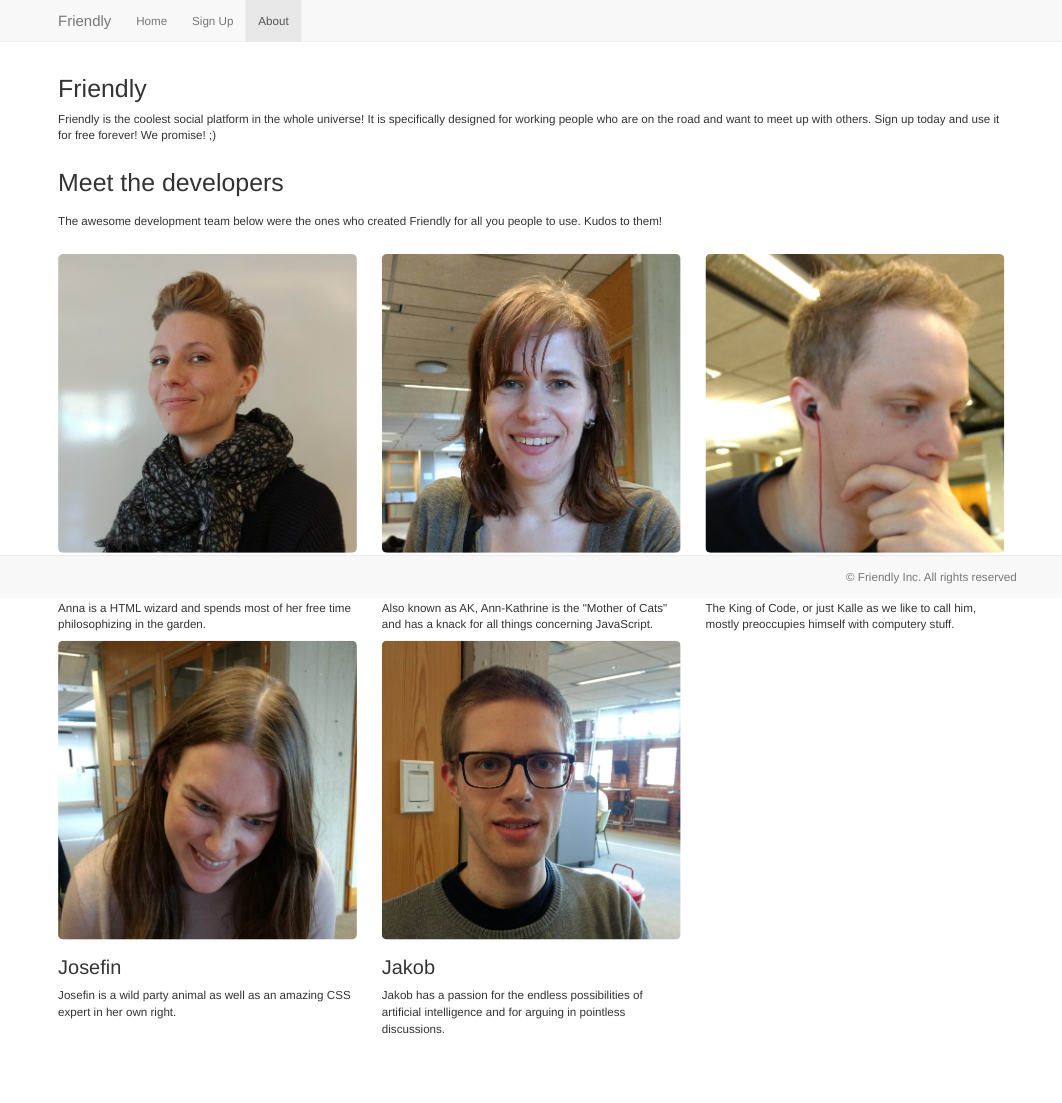
Repository: kristallklart/friendly_java
Page: http://localhost/FriendlyWeb/About.jsp
These files come from the project's save history. The page is drawn as it stood at one moment and after the next save; the edit follows.
The browser window is 1280 px wide. The pictures show the whole page, at 83% of full size.
Some web libraries are served in a nearby version. The page is served by Tomcat 9.

Above is the page before, as saved 2017-05-02 12:37:33.

After the next save:
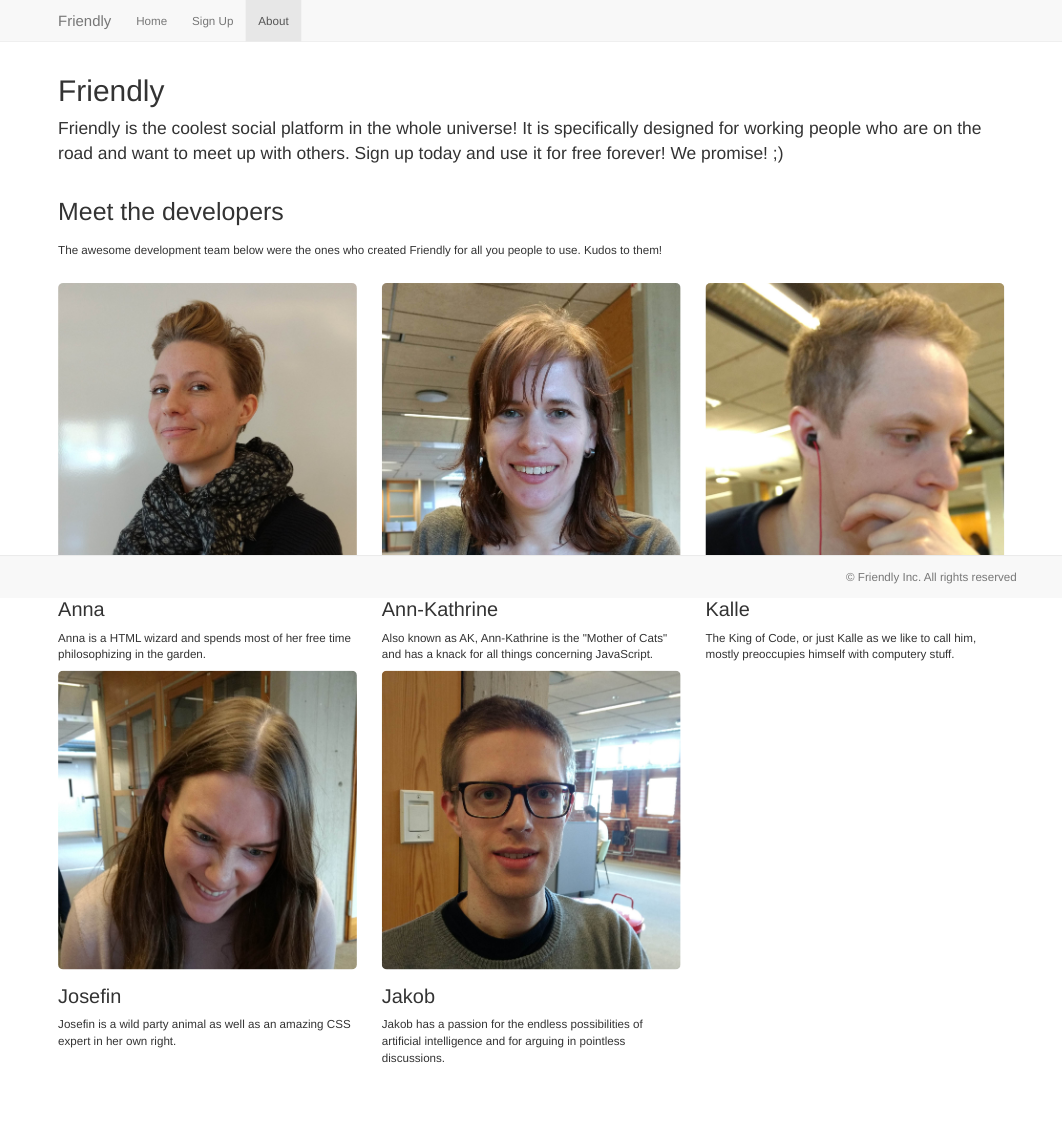
Saved 19 s later.
--- a/FriendlyWeb/WebContent/About.jsp
+++ b/FriendlyWeb/WebContent/About.jsp
@@ -46,13 +46,13 @@
 <div class="container">
 			<div class="row">
 				<div class="col-xs-12">
-					<h2> Friendly </h2>
+					<h1> Friendly </h1>
 				</div>
 
 		</div>
 		<div class="row">
 			<div class="col-xs-12">
-				<p> Friendly is the coolest social platform in the whole universe!
+				<p class="lead"> Friendly is the coolest social platform in the whole universe!
 					It is specifically designed for working people who are on the road and want to meet up with others.
 					Sign up today and use it for free forever! We promise! ;) </p>
 			</div>
